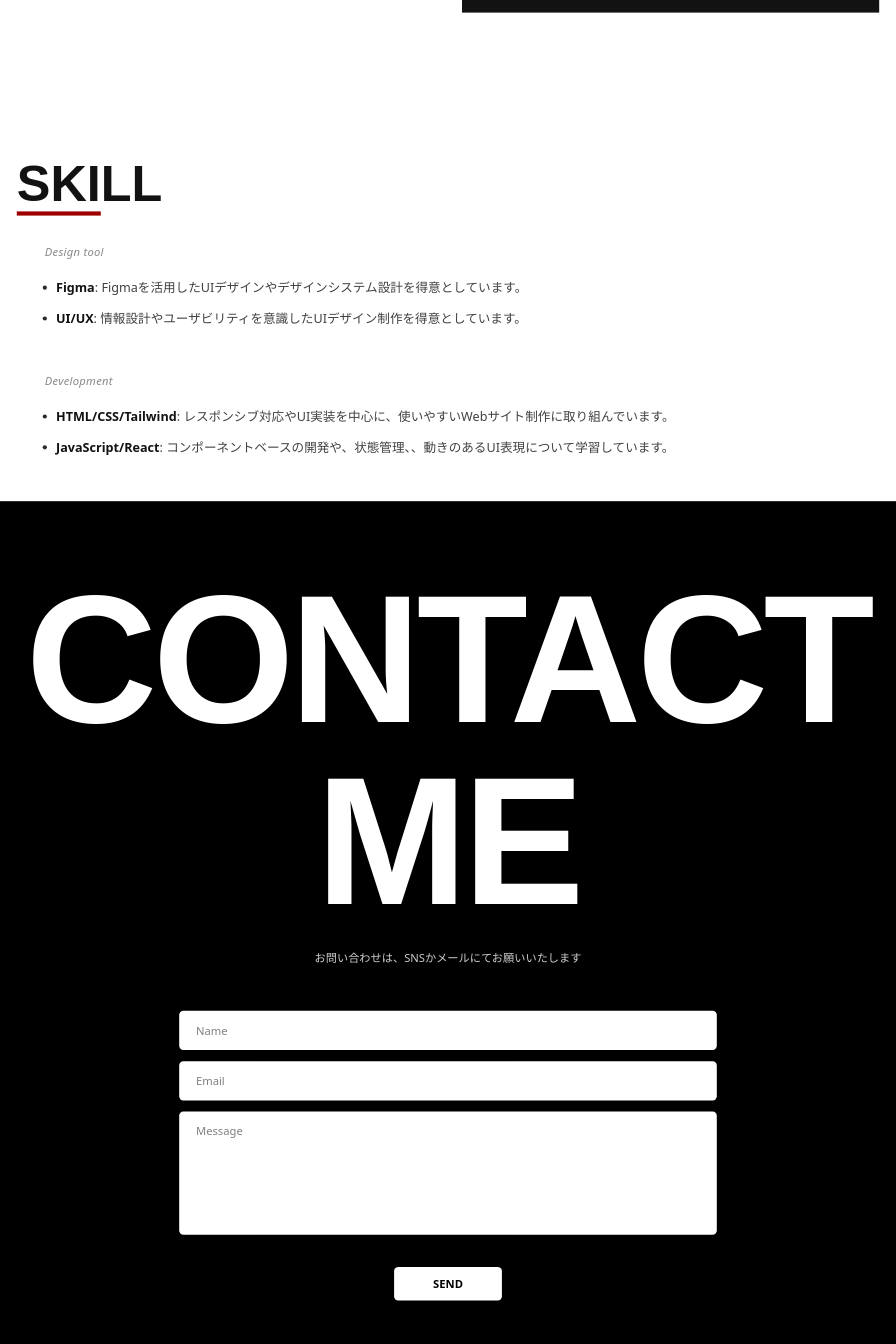
Repository: meme2603/Portfolio-HaMy
Page: / (app in my-portfolio/)
An editor plug-in stored every save of this project. The page is shown before and after the next save, followed by the edit.
The browser window is 1280 px wide. The pictures show the part of the page from y = 4580 to 6500 px (the page is 6718 px tall before and 6378 px after), at 70% of full size.
Some web fonts or font styles are not loaded; a fallback is used. The project was rebuilt for these pictures with package versions that can differ from the ones it lists, and the page was loaded fresh each time. Also part of the build but not shown: my-portfolio/vite.config.js.

Above is the page before, as saved 2026-05-29 14:44:33.

### my-portfolio/index.html
<!doctype html>
<html lang="ja">
  <head>
    <meta charset="UTF-8" />

    <link rel="icon" type="image/png" href="/memex2.png" />
    <meta name="viewport" content="width=device-width, initial-scale=1.0" />
    <title>My Portfolio</title>
    <link rel="preconnect" href="https://fonts.googleapis.com" />
    <link rel="preconnect" href="https://fonts.gstatic.com" crossorigin />
    <link
      href="https://fonts.googleapis.com/css2?family=Akshar:wght@300..700&family=Poppins:wght@300;400;600;700&display=swap"
      rel="stylesheet"
    />
  </head>
  <body>
    <div id="root"></div>

    <script type="module" src="/src/main.jsx"></script>
  </body>
</html>

### my-portfolio/src/main.jsx
import React from "react";
import ReactDOM from "react-dom/client";
import App from "./App";
import "./index.css";

ReactDOM.createRoot(document.getElementById("root")).render(
  <React.StrictMode>
    <App />
  </React.StrictMode>,
);

### my-portfolio/src/App.jsx
import Header from "./components/Header";
import Hero from "./components/Hero";
import About from "./components/About";
import Projects from "./components/Projects";
import Skills from "./components/Skills";
import Contact from "./components/Contact";
function App() {
  return (
    <div className="App">
      <Header />
      <Hero />
      <About />
      <Projects />
      <Skills />
      <Contact />
    </div>
  );
}

export default App;

### my-portfolio/src/index.css
@import "tailwindcss";
@theme {
  --color-primary: #9c0000;
  --color-background: #fff;
  --color-font: #121212;

  --opacity-overlay: 0.65;
  --opacity-glass: 0.1;

  --font-poppins: "Poppins", sans-serif;
  --font-akshar: "Akshar", sans-serif;
}

### my-portfolio/src/components/Header.jsx
import { useState } from "react";
function MenuItem({ text }) {
  return (
    <li>
      <a
        href={`#${text.toLowerCase()}`}
        className="text-primary text-xl relative group transition-colors"
      >
        {text}
        <span
          className="
            absolute left-0 -bottom-[4px] w-0 h-[1px] bg-primary
            transition-all duration-300 group-hover:w-full
          "
        ></span>
      </a>
    </li>
  );
}

function Header() {
  const [isOpen, setIsOpen] = useState(false);
  const menuItems = ["About", "Projects", "Contact"];
  return (
    <header className="fixed top-0 left-0 w-full h-24 bg-background border-b border-gray-300 z-60">
      <div className="max-w-7xl mx-auto h-full px-6 flex justify-between items-center">
        <div className="shrink-0">
          <a
            href="/"
            className="text-4xl text-primary font-semibold font-akshar"
          >
            HA MY
          </a>
        </div>

        <nav className="hidden lg:block">
          <ul className="flex space-x-10">
            {menuItems.map((item) => (
              <MenuItem key={item} text={item} />
            ))}
          </ul>
        </nav>

        <button
          onClick={() => setIsOpen(!isOpen)}
          className="block lg:hidden text-primary focus:outline-none z-50"
          aria-label="Menu"
        >
          <svg
            xmlns="http://www.w3.org/2000/svg"
            className="h-8 w-8"
            fill="none"
            viewBox="0 0 24 24"
            stroke="currentColor"
          >
            <path
              strokeLinecap="round"
              strokeLinejoin="round"
              strokeWidth="2"
              d={isOpen ? "M6 18L18 6M6 6l12 12" : "M4 6h16M4 12h16M4 18h16"}
            />
          </svg>
        </button>

        <div
          className={`
            absolute top-24 left-0 w-full bg-background border-b border-gray-300
            flex flex-col items-center shadow-lg lg:hidden
            overflow-hidden transition-all duration-700 ease-in-out
            ${isOpen ? "max-h-96 opacity-100 py-8 space-y-6" : "max-h-0 opacity-0 py-0 space-y-0 border-none"}
          `}
        >
          <div className="flex flex-col items-center w-full py-6 space-y-6">
            <a
              href="#about"
              onClick={() => setIsOpen(false)}
              className="text-primary text-2xl transition-opacity duration-700"
            >
              About
            </a>
            <a
              href="#projects"
              onClick={() => setIsOpen(false)}
              className="text-primary text-2xl transition-opacity duration-700"
            >
              Projects
            </a>
            <a
              href="#contact"
              onClick={() => setIsOpen(false)}
              className="text-primary text-2xl transition-opacity duration-700"
            >
              Contact
            </a>
          </div>
        </div>
      </div>
    </header>
  );
}

export default Header;

### my-portfolio/src/components/Hero.jsx
import avatarImg from "../assets/avatar.png";
function Hero() {
  return (
    <section className="relative w-full h-[calc(100vh-88px)] mt-24 bg-background overflow-hidden flex flex-col items-center pb-16">
      <div className="w-full pt-10 pb-5 z-20">
        <h1
          className="
            text-[90px]
            md:text-[140px]
            lg:text-[210px]
            font-bold
            font-akshar
            text-center
            leading-[0.7]
            text-font
            tracking-tighter
          "
        >
          PORTFOLIO
        </h1>
      </div>

      <div className="relative w-full max-w-[1440px] flex flex-col md:flex-row items-center md:items-end justify-center z-30">
        {/* LEFT */}
        <div className="flex-1 flex justify-center pb-8 md:pb-60 lg:pb-80">
          <div className="flex flex-col items-center text-center space-y-2">
            <p className="text-sm md:text-base lg:text-lg font-poppins">Hi!</p>

            <p className="text-sm md:text-base lg:text-lg font-poppins">
              My name is{" "}
              <span className="font-semibold text-base md:text-lg lg:text-xl font-poppins">
                NGUYEN THI HA MY
              </span>
            </p>

            <p className="text-base md:text-lg lg:text-xl font-light">
              I'm from VietNam
            </p>
          </div>
        </div>

        <div className="relative flex justify-center shrink-0">
          <img
            src={avatarImg}
            alt="Ha My"
            className="
              block
              h-[320px]
              md:h-[460px]
              lg:h-[601px]
              object-cover

            "
          />
        </div>

        <div className="flex-1 flex justify-center pb-8 md:pb-60 lg:pb-80">
          <div className="flex flex-col text-center space-y-2">
            <p className="text-base md:text-lg lg:text-xl font-light">
              I'm{" "}
              <span className="font-semibold text-base md:text-lg lg:text-xl">
                UI/UX Designer
              </span>{" "}
              and
            </p>

            <p className="text-base md:text-lg lg:text-xl font-semibold font-poppins">
              Design Engineer
            </p>

            <p className="text-sm md:text-base lg:text-lg font-light font-poppins">
              Now I'm living in Japan.
            </p>
          </div>
        </div>
      </div>
      <div className="absolute h-13 bottom-0 left-0 w-full bg-font py-3 md:py-4"></div>
      <div className="relative w-full mt-0 md:mt-0 lg:-mt-40 z-40">
        <div className="relative flex justify-center leading-none -mb-8 lg:-mb-12">
          <span
            className="
              absolute
              inset-0
              flex
              justify-center
              translate-x-[4px]
              translate-y-[4px]
              lg:text-[200px]
              md:text-[110px]
              sm:text-[80px]
              font-bold
              font-akshar
              tracking-tighter
              text-font
            "
          >
            Designer
          </span>

          <h2
            className="
              relative
              lg:text-[200px]
              md:text-[110px]
              sm:text-[80px]
              font-bold
              font-akshar
              tracking-tighter
              text-primary
            "
          >
            Designer
          </h2>
        </div>
      </div>

      {/* <div
        className="absolute
                  bottom-3
                  left-1/2
                  -translate-x-1/2
                  z-50
                  px-10
                  py-0.5"
      >
        <p className="text-background text-center text-[10px] md:text-xs font-light tracking-[2px]">
          This is my portfolio. Hope you enjoy it !
        </p>
      </div> */}
    </section>
  );
}

export default Hero;

### my-portfolio/src/components/About.jsx
import aboutImg from "../assets/about.jpg";
function About() {
  return (
    <section className="relative w-full h-auto py-24 bg-background overflow-hidden mt-16">
      <div className="max-w-7xl mx-auto px-6 md:px-10">
        {/* TITLE */}
        <div className="mb-16">
          <h1 className="text-5xl md:text-6xl lg:text-7xl font-bold font-akshar text-font leading-none">
            ABOUT ME
          </h1>

          <div className="w-[80px] md:w-[100px] lg:w-[120px] lg:h-[6px] md:h-[5px] h-[4px] bg-primary mt-1"></div>
        </div>

        {/* CONTENT */}
        <div className="flex flex-col lg:flex-row items-center lg:items-start gap-16">
          {/* LEFT */}
          <div className="w-full lg:w-[380px] shrink-0">
            <div className="bg-white rounded-2xl shadow-md p-5">
              <img
                src={aboutImg}
                alt="About Me"
                className="w-full  h-[300px] object-cover rounded-xl"
              />

              <div className="mt-5">
                <h2 className="text-3xl font-akshar font-bold tracking-wide text-font">
                  NGUYEN THI HA MY
                </h2>

                <p className="text-font/70 text-lg mt-1">2001.03.30</p>
              </div>

              <div className="flex gap-3 mt-6">
                <span className="border border-font rounded-full px-4 py-2 text-sm">
                  UI/UX Designer
                </span>

                <span className="border border-font rounded-full px-4 py-2 text-sm">
                  Design Engineer
                </span>
              </div>
            </div>
          </div>

          {/* RIGHT */}
          <div className="flex-1 max-w-[760px]">
            <h2 className="text-2xl md:text-3xl font-semibold font-akshar text-primary tracking-[4px] mb-8">
              PROFILE!!
            </h2>

            <div className="space-y-6 text-font leading-[2.2] text-sm md:text-base lg:text-lg">
              <p>
                ベトナム出身の
                <span className="font-semibold">
                  グエン ティ ハ ミー（ NGUYEN THI HA MY）
                </span>
                です。
              </p>

              <p>
                現在は専門学校で、
                <span className="font-semibold">デザインやコーディング </span>
                について学びながらWeb制作やフロントエンド技術の基礎を学んでおります。
              </p>

              <p>
                2021年に来日し、最初の1年間は日本語学校で日本語を学びました。
                <br />
                その後、ビジネス専門学校に進学し、日本の文化やビジネスマナー、コミュニケーション力を身につけてまいりました。
                その中で、コンピュータの授業を通して、Webデザインという職業があることを初めて知り、興味を持つようになりました。
              </p>

              <p>
                留学生として日本とベトナム両方の文化に触れてきた経験を活かし、将来はユーザーの多様な視点やニーズを理解し、最適な体験をデザインする
                <span className="font-semibold text-primary text-xl">
                  UI/UXデザイナー
                </span>
                を目指しております。
              </p>
            </div>
          </div>
        </div>
      </div>
    </section>
  );
}
export default About;

### my-portfolio/src/components/Projects.jsx
import ProjectSection from "./ProjectSection";
import { websiteProjects, appProjects } from "./ProjectsData";

function Projects() {
  return (
    <section className="pt-20 bg-background">
      <div className="max-w-7xl mx-auto px-6">
        <h1 className="text-5xl md:text-6xl lg:text-7xl font-akshar font-bold text-font">
          PROJECTS
        </h1>
        <div className="w-[80px] md:w-[100px] lg:w-[120px] lg:h-[6px] md:h-[5px] h-[4px] bg-primary mt-1 mb-20"></div>
        <ProjectSection
          title="Website Design"
          description="学校で学んだ知識を活かし、企画からデザイン、コーディングまで一貫して制作したWebプロジェクトです。"
          projects={websiteProjects}
        />
        <ProjectSection
          title="Application Design"
          description="チームプロジェクトとして、企画からUI/UX設計までチームで共同制作したモバイルアプリです。"
          projects={appProjects}
        />
      </div>
    </section>
  );
}

export default Projects;

### my-portfolio/src/components/Skills.jsx
import { skillData } from "./ProjectsData";

function Skill() {
  return (
    <section className="w-full pt-20 pb-16">
      <div className="max-w-7xl mx-auto px-6 pb-10">
        <h2 className="text-5xl md:text-6xl lg:text-7xl font-bold font-akshar text-font leading-none">
          SKILL
        </h2>

        <div className="w-[80px] md:w-[100px] lg:w-[120px] lg:h-[6px] md:h-[5px] h-[4px] bg-primary mt-1"></div>
      </div>

      <div className="max-w-7xl mx-auto px-16 space-y-16">
        {skillData.map((group, index) => (
          <div key={index}>
            <h3 className="text-base font-medium text-font/50 mb-6 tracking-wide italic">
              {group.category}
            </h3>

            <ul className="space-y-4 pl-4">
              {group.skills.map((skill, sIndex) => (
                <li key={sIndex} className="list-disc text-font/90 text-lg">
                  <span className="font-bold text-font">{skill.name}</span>
                  <span className="text-font/80 font-light">
                    : {skill.status} {skill.desc}
                  </span>
                </li>
              ))}
            </ul>
          </div>
        ))}
      </div>
    </section>
  );
}

export default Skill;

### my-portfolio/src/components/Contact.jsx
import { FaFacebook, FaInstagram, FaGithub } from "react-icons/fa";

function Contact() {
  return (
    <section className="bg-black text-white py-24 overflow-hidden">
      <div className="max-w-7xl mx-auto px-6">
        {/* TITLE */}
        <h1
          className="
            text-center
            font-akshar
            font-bold
            leading-none
            tracking-tight

            text-[70px]
            sm:text-[110px]
            md:text-[160px]
            lg:text-[260px]
          "
        >
          CONTACT ME
        </h1>

        {/* SUB TEXT */}
        <p
          className="
            text-center
            text-sm
            md:text-base
            text-white/80

            mt-6
            mb-16
          "
        >
          お問い合わせは、SNSかメールにてお願いいたします
        </p>

        {/* FORM */}
        <form className="max-w-3xl mx-auto">
          {/* NAME */}
          <input
            type="text"
            placeholder="Name"
            className="
              w-full
              bg-white
              text-black

              rounded-md

              px-6
              py-4

              mb-4

              outline-none
            "
          />

          {/* EMAIL */}
          <input
            type="email"
            placeholder="Email"
            className="
              w-full
              bg-white
              text-black

              rounded-md

              px-6
              py-4

              mb-4

              outline-none
            "
          />

          {/* MESSAGE */}
          <textarea
            placeholder="Message"
            rows="6"
            className="
              w-full
              bg-white
              text-black

              rounded-md

              px-6
              py-4

              outline-none
              resize-none
            "
          ></textarea>

          {/* BUTTON */}
          <div className="flex justify-center mt-10">
            <button
              className="
                bg-white
                text-black

                px-14
                py-3

                rounded-md

                font-semibold

                transition-all
                duration-300

                hover:scale-105
              "
            >
              SEND
            </button>
          </div>
        </form>

        {/* SOCIAL */}
        <div className="flex justify-center gap-8 mt-20 text-4xl">
          <a href="/" className="hover:scale-110 transition-all duration-300">
            <FaFacebook />
          </a>

          <a href="/" className="hover:scale-110 transition-all duration-300">
            <FaInstagram />
          </a>

          <a href="/" className="hover:scale-110 transition-all duration-300">
            <FaGithub />
          </a>
        </div>

        {/* COPYRIGHT */}
        <p
          className="
            text-center
            text-sm
            text-white/70

            mt-12
          "
        >
          © Copyright by NguyenHaMy 2026
        </p>
      </div>
    </section>
  );
}

export default Contact;

### my-portfolio/src/components/ProjectSection.jsx
import ProjectCard from "./ProjectCard";

function ProjectSection({ title, description, projects }) {
  return (
    <section className="mb-32">
      <h2
        className="
          text-[32px]
          leading-none
          font-bold
          font-akshar
          tracking-tight
          text-primary
        "
      >
        {title}
      </h2>

      <p
        className="
          mt-4
          text-font/70
          leading-relaxed
        "
      >
        {description}
      </p>

      <div className="grid grid-cols-1 md:grid-cols-2 gap-10 mt-14">
        {projects.slice(0, 4).map((project, index) => (
          <ProjectCard
            key={index}
            year={project.year}
            title={project.title}
            titleJP={project.titleJP}
            description={project.desc}
            tags={project.tags}
            image={project.img}
          />
        ))}
      </div>
    </section>
  );
}

export default ProjectSection;

### my-portfolio/src/components/ProjectsData.js
// projectsData.js
// 1. Import ảnh ở đầu file để JS hiểu đường dẫn
import portfoliothumb from "../assets/portfoliothumb.jpg";
import coffeethumb from "../assets/coffeethumb.jpg";
import sneakerthumb from "../assets/sneakerthumb.jpg";
import okayamathumb from "../assets/okayamathumb.jpg";
import nemurathumb from "../assets/nemurathumb.jpg";
import easycookthumb from "../assets/easycookthumb.jpg";

export const websiteProjects = [
  {
    year: "2025",
    title: "Coffee Shop",
    titleJP: "カフェショップサイト",
    desc: "家族みんなが安心して過ごせるカフェをテーマに、Webサイトを制作しました。",
    tags: ["Figma", "HTML", "CSS", "JavaScript"],
    img: coffeethumb,
  },
  {
    year: "2026",
    title: "Portfolio.",
    titleJP: "ポートフォリオ",
    desc: "就職活動のために制作したポートフォリオサイトです。",
    tags: ["Figma", "React", "Tailwind"],
    img: portfoliothumb,
  },
  {
    year: "2025",
    title: "Sneaker LP",
    titleJP: "スニーカーLP",
    desc: "新作スニーカーの販売に向けた、ランディングページを制作しました。",
    tags: ["Figma", "HTML", "SCSS"],
    img: sneakerthumb,
  },
  {
    year: "2025",
    title: "Okayama kankou",
    titleJP: "観光サイト",
    desc: "昔話「桃太郎」をテーマに、岡山の伝説・史実・文化を体験できる観光サイトを制作しました。",
    tags: ["Figma", "UI/UX"],
    img: okayamathumb,
  },
];

export const appProjects = [
  {
    year: "2025",
    title: "EASY COOK APP",
    titleJP: "お弁当を提案するアプリ",
    desc: "家にある食材を活用し、親子で楽しくお弁当作りができるアプリです。忙しい日常の中でも、親子のコミュニケーションを自然に深められる体験の提供を目的としています。",
    tags: ["React Native", "Firebase"],
    img: easycookthumb,
  },
  {
    year: "2025-2026",
    title: "Nemura APP",
    titleJP: "一日寝落ち系AIニュースキュレーションアプリです。",
    desc: "本作は、SNSやニュースの情報をAIで要約し、 マスコットキャラクター「ねむら」が読み聞かせる形式で提供する。夜の短い時間で必要な内容だけを無理なく確認できるよう設計しました。",
    tags: ["React Native", "Firebase"],
    img: nemurathumb,
  },
];

// skillsData.js
export const skillData = [
  {
    category: "Design tool",
    skills: [
      {
        name: "Figma",
        // status: "上級",
        desc: "Figmaを活用したUIデザインやデザインシステム設計を得意としています。",
      },
      {
        name: "UI/UX",
        // status: "上級",
        desc: "情報設計やユーザビリティを意識したUIデザイン制作を得意としています。",
      },
    ],
  },
  {
    category: "Development",
    skills: [
      {
        name: "HTML/CSS/Tailwind",
        // status: "基礎レベル",
        desc: "レスポンシブ対応やUI実装を中心に、使いやすいWebサイト制作に取り組んでいます。",
      },
      {
        name: "JavaScript/React",
        // status: "基礎知識・学習中",
        desc: "コンポーネントベースの開発や、状態管理、、動きのあるUI表現について学習しています。",
      },
    ],
  },
];

### my-portfolio/src/components/ProjectCard.jsx
// ProjectCard = component dùng để hiển thị 1 project card
function ProjectCard({ year, title, titleJP, description, tags, image }) {
  return (
    <div className="group cursor-pointer ">
      <div className="overflow-hidden bg-font">
        <img
          src={image}
          alt={title}
          className="
            w-full
            object-cover
            transition-all
            duration-500
            group-hover:scale-105
            group-hover:opacity-90
          "
        />
      </div>

      {/* INFO */}
      <div className="bg-font text-background px-6 py-6 ">
        <div className="flex items-start justify-between">
          <div>
            {/* ĐIỀN NĂM VÀO ĐÂY */}
            <p className="text-[12px] tracking-[2px] text-background/60 ">
              {year}
            </p>

            {/* ĐIỀN TIÊU ĐỀ VÀO ĐÂY */}
            <h3
              className="
                text-[40px]
                leading-none
                font-bold
                font-akshar
                tracking-tight
                mt-2
              "
            >
              {title}
            </h3>

            {/* ĐIỀN TIẾNG NHẬT VÀO ĐÂY */}
            <p className="text-sm text-background/70 mt-2">{titleJP}</p>

            {/* ĐIỀN MÔ TẢ VÀO ĐÂY */}
            <p className="text-xs text-background/50 leading-relaxed mt-4">
              {description}
            </p>
          </div>

          <div
            className="
              text-3xl
              transition-transform
              duration-300
              group-hover:translate-x-1
              group-hover:-translate-y-1
            "
          >
            ↗
          </div>
        </div>

        {/* BOTTOM - CHỖ NÀY ĐỂ HIỆN TAGS TỰ ĐỘNG NÈ */}
        <div className="mt-8 flex items-center gap-3 flex-wrap">
          {tags &&
            tags.map((tag, index) => (
              <span
                key={index}
                className="
                border
                border-background/30
                rounded-full
                px-3
                py-1
                text-xs
                tracking-wide
              "
              >
                {tag}
              </span>
            ))}
        </div>
      </div>
    </div>
  );
}

export default ProjectCard;

After the next save:
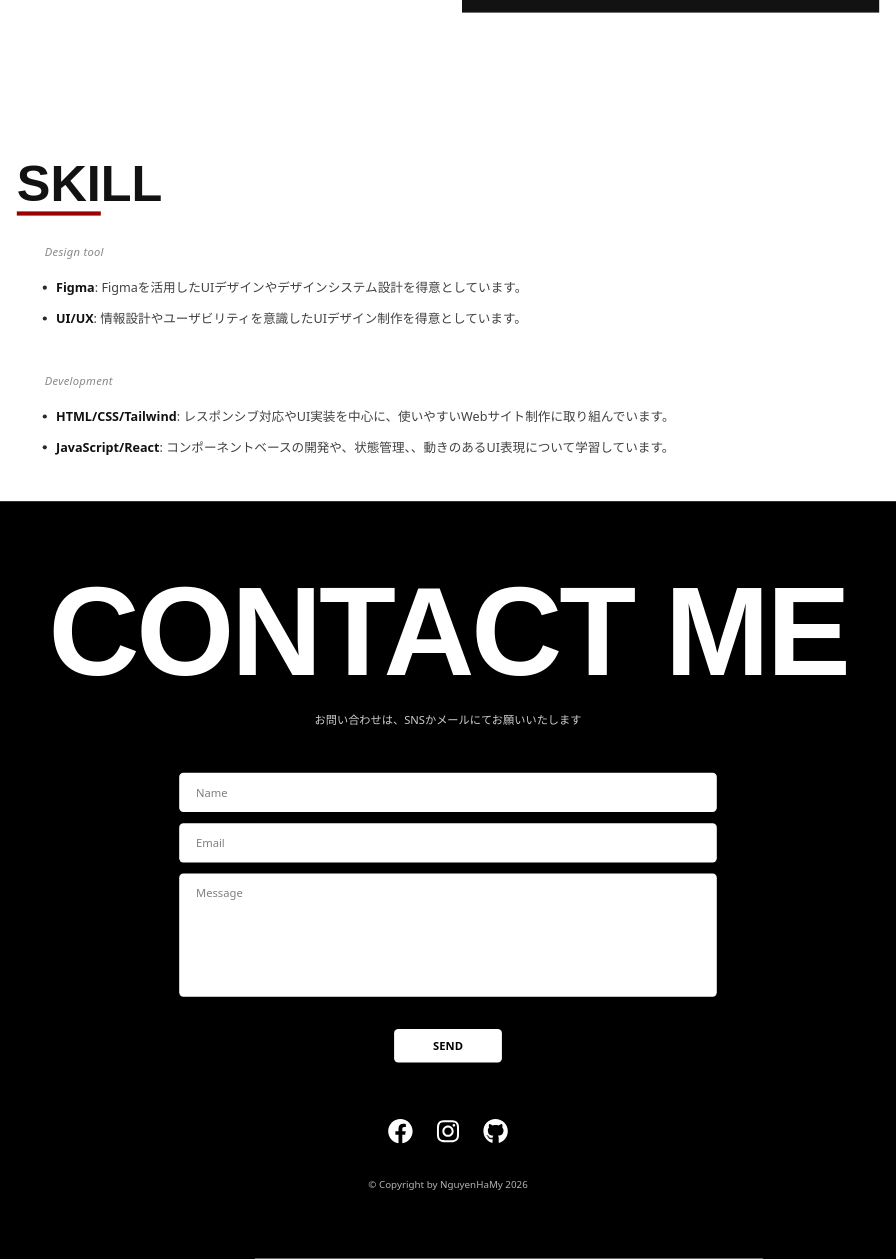
Saved 88 s later.
--- a/my-portfolio/src/components/Contact.jsx
+++ b/my-portfolio/src/components/Contact.jsx
@@ -16,7 +16,7 @@ function Contact() {
             text-[70px]
             sm:text-[110px]
             md:text-[160px]
-            lg:text-[260px]
+            lg:text-[180px]
           "
         >
           CONTACT ME
